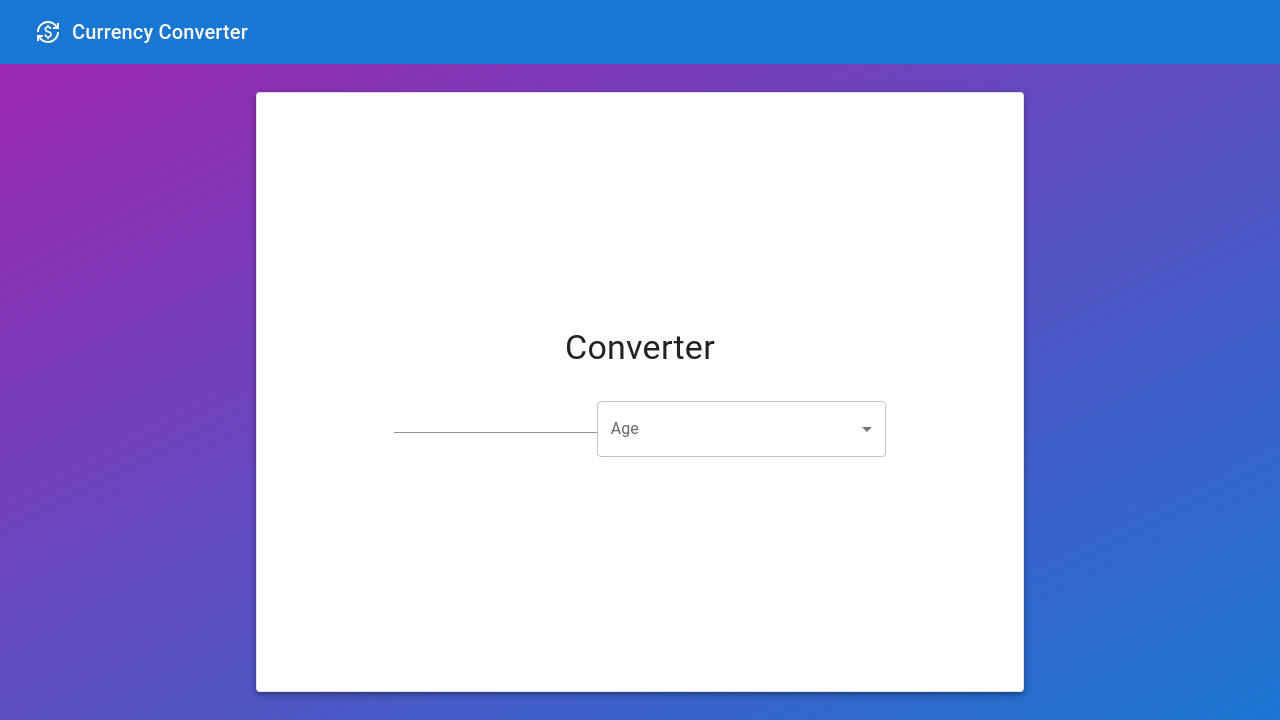
Repository: rutsguifd/currency-converter
Page: /
An editor plug-in stored every save of this project. The page is shown before and after the next save, followed by the edit.
The browser window is 1280 px wide. The pictures show the whole page.
The project was rebuilt for these pictures with package versions that can differ from the ones it lists, and the page was loaded fresh each time. Also part of the build but not shown: src/components/ErrorBoundary.jsx.

Above is the page before, as saved 2023-03-27 23:54:04.

After the next save:
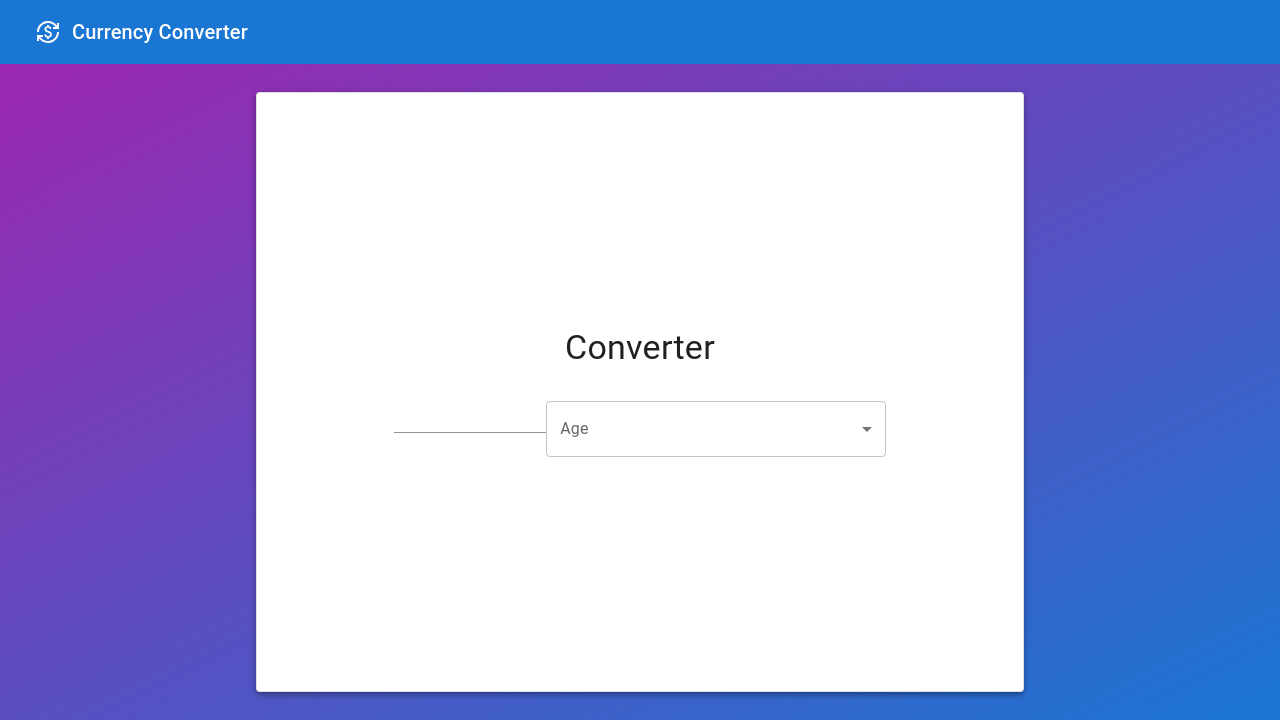
Saved 7 s later.
--- a/src/components/Convert.jsx
+++ b/src/components/Convert.jsx
@@ -30,7 +30,7 @@ const Convert = () => {
     >
       <Typography variant="h4">Converter</Typography>
       <Box display="flex" flexDirection="row" width="70%">
-        <TextField variant="standard" sx={{ width: "70%" }} />
+        <TextField variant="standard" />
         <FormControl fullWidth>
           <InputLabel id="demo-simple-select-label">Age</InputLabel>
           <Select
